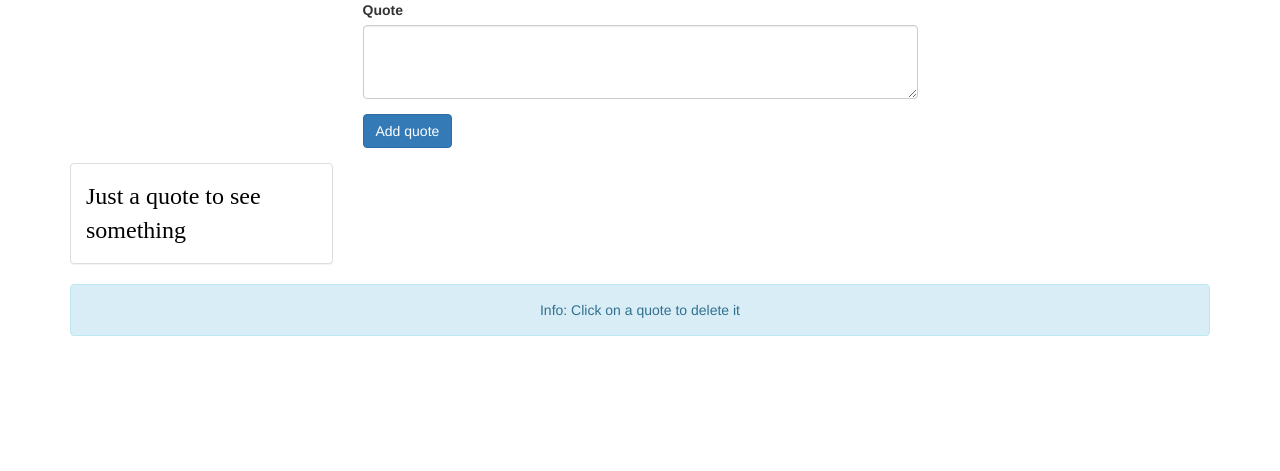
Repository: Azariagmt/Vue
Page: / (app in quote/Start/)
These files come from the project's save history. The page is drawn as it stood at one moment and after a run of saves; the edit follows.
The browser window is 1280 px wide. The pictures show the whole page.
Some web fonts or font styles are not loaded; a fallback is used. The project was rebuilt for these pictures with package versions that can differ from the ones it lists, and the page was loaded fresh each time. Also part of the build but not shown: quote/Start/webpack.config.js.

Above is the page before, as saved 2020-05-08 14:09:38.

### quote/Start/src/App.vue
<template>
    <div class="container">
        <app-new-qute @quoteAdded="newQuote"></app-new-qute>
    <app-quote-grid :quotes="quotes" @quoteDeleted="deleteQuote"></app-quote-grid>
    <div class="row">
        <div class="col-sm-12 text-center">
            <div class="alert alert-info">
                Info: Click on a quote to delete it
            </div>
        </div>
    </div>
    </div>
</template>

<script>
import QuoteGrid from './components/QuoteGrid.vue';
import NewQuote from './components/NewQuote.vue';
import Header from './components/Header.vue';

    export default {
        data: function(){
            return{
                quotes: ['Just a quote to see something'],
                maxQuotes: 10
            }
        },
        methods:{
            newQuote(quote){
                this.quotes.push(quote);
            },
            deleteQuote(index){
                this.quotes.splice(index,1);
            }
        },
        components:{
            appQuoteGrid: QuoteGrid,
            appNewQute: NewQuote,
            appHeader: Header
        }
    }
</script>

<style>
</style>

### quote/Start/src/components/QuoteGrid.vue
<template>
<div class="row">
<app-quote v-for="(quote, index) in quotes" @click.native="deleteQuote(index)">{{quote}}</app-quote>
</div>
</template>

<script>
import Quote from './Quote.vue';

export default {
    props: ['quotes'],
    methods:{
        deleteQuote(index){
            this.$emit('quoteDeleted', index);
        }
    },
    components: {
        appQuote: Quote
    }
}
</script>

<style scoped>

</style>

### quote/Start/src/components/NewQuote.vue
<template>
  <div class="row">
    <form>
      <div class="form-group col-sm-8 col-sm-offset-2 col-xs-12 col-md-6 col-md-offset-3">
        <label>Quote</label>
        <textarea class="form-control" rows="3" v-model="quote"></textarea>
      </div>
        <div class="form-group col-sm-8 col-sm-offset-2 col-xs-12 col-md-6 col-md-offset-3">
       <button class="btn btn-primary" @click.prevent="createNew()">Add quote</button>
          </div>
    </form>
  </div>
</template>

<script>
export default {
    data: function(){
        return {
            quote: ''
        }
    },
    methods:{
        createNew: function(){
            this.$emit('quoteAdded', this.quote);
            this.quote = '';
        }
    }
};
</script>

<style scoped>
</style>

### quote/Start/src/components/Quote.vue
<template>
<div class="col-sm-6 col-md-4 col-lg-3">
    <div class="panel panel-default">
        <div class="panel-body quote">
            <slot></slot>
        </div>
    </div>
</div>
</template>

<script>
export default {
    props: ['quotes']
}
</script>

<style>
        .panel-body{
            font-family: 'Arizonia', cursive;
            font-size: 24px;
            color: black;
        }
        .quote{
            cursor:pointer;
        }
        .quote:hover{
            background-color: aqua;
        }
</style>

### quote/Start/src/components/Header.vue
<template>
<div>
    <h3>Quotes Added</h3>
    <div class="progress">
        <div class="progress">
            <div class="progress-bar" role="progressbar" aria-valuenow="60" aria-valuemin="0" aria-valuemax="100">

            </div>
        </div>
    </div>
</div>
</template>
<script>
</script>
<style scoped>

</style>

Loaded but not shown: quote/Start/index.html (common file); quote/Start/src/main.js (common file)

After the next 6 saves:
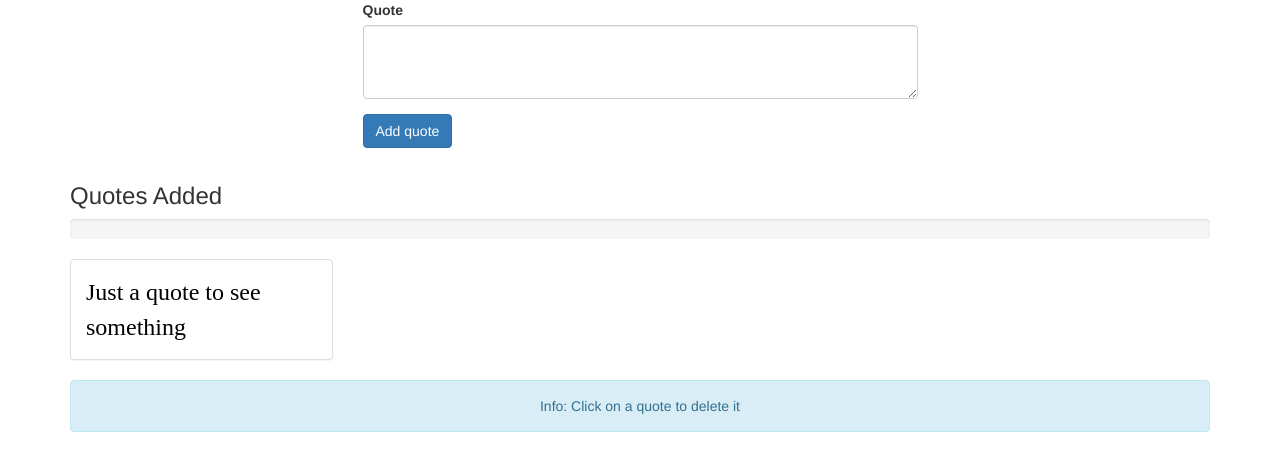
The 6 saves are shown as one change because 2 did not build or start and some came seconds apart.
The last was saved 24 s later.
--- a/quote/Start/src/App.vue
+++ b/quote/Start/src/App.vue
@@ -1,6 +1,8 @@
 <template>
     <div class="container">
+
         <app-new-qute @quoteAdded="newQuote"></app-new-qute>
+    <app-header></app-header>
     <app-quote-grid :quotes="quotes" @quoteDeleted="deleteQuote"></app-quote-grid>
     <div class="row">
         <div class="col-sm-12 text-center">
